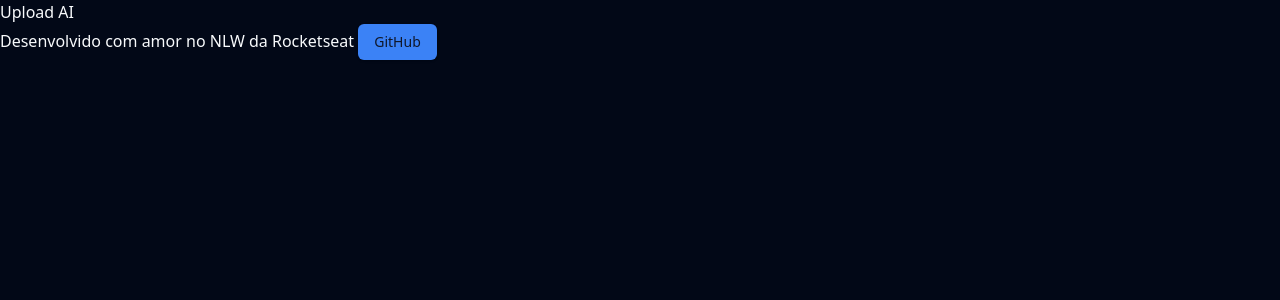
Repository: brksaian/nlw-2023-IA
Page: /
The author's editor kept a copy of each file at every save. The page is drawn from the files as they stood at one save, then again after the next save.
The browser window is 1280 px wide. The pictures show the whole page.
The project was rebuilt for these pictures with package versions that can differ from the ones it lists, and the page was loaded fresh each time. Also part of the build but not shown: vite.config.ts.

Above is the page before, as saved 2023-09-12 21:32:34.

After the next save:
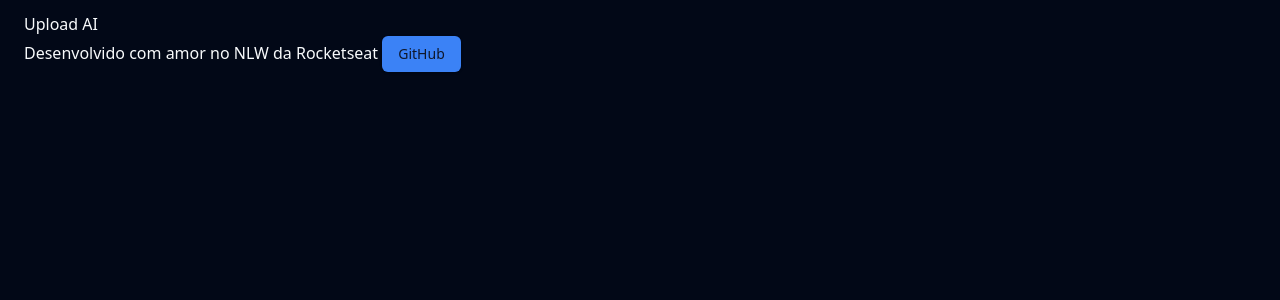
Saved 31 s later.
--- a/src/App.tsx
+++ b/src/App.tsx
@@ -3,7 +3,7 @@ import { Button } from "./components/ui/button";
 export function App() {
   return (
     <div>
-      <div className="">
+      <div className="px-6 py-3 ">
         <h1>Upload AI</h1>
 
         <div>
